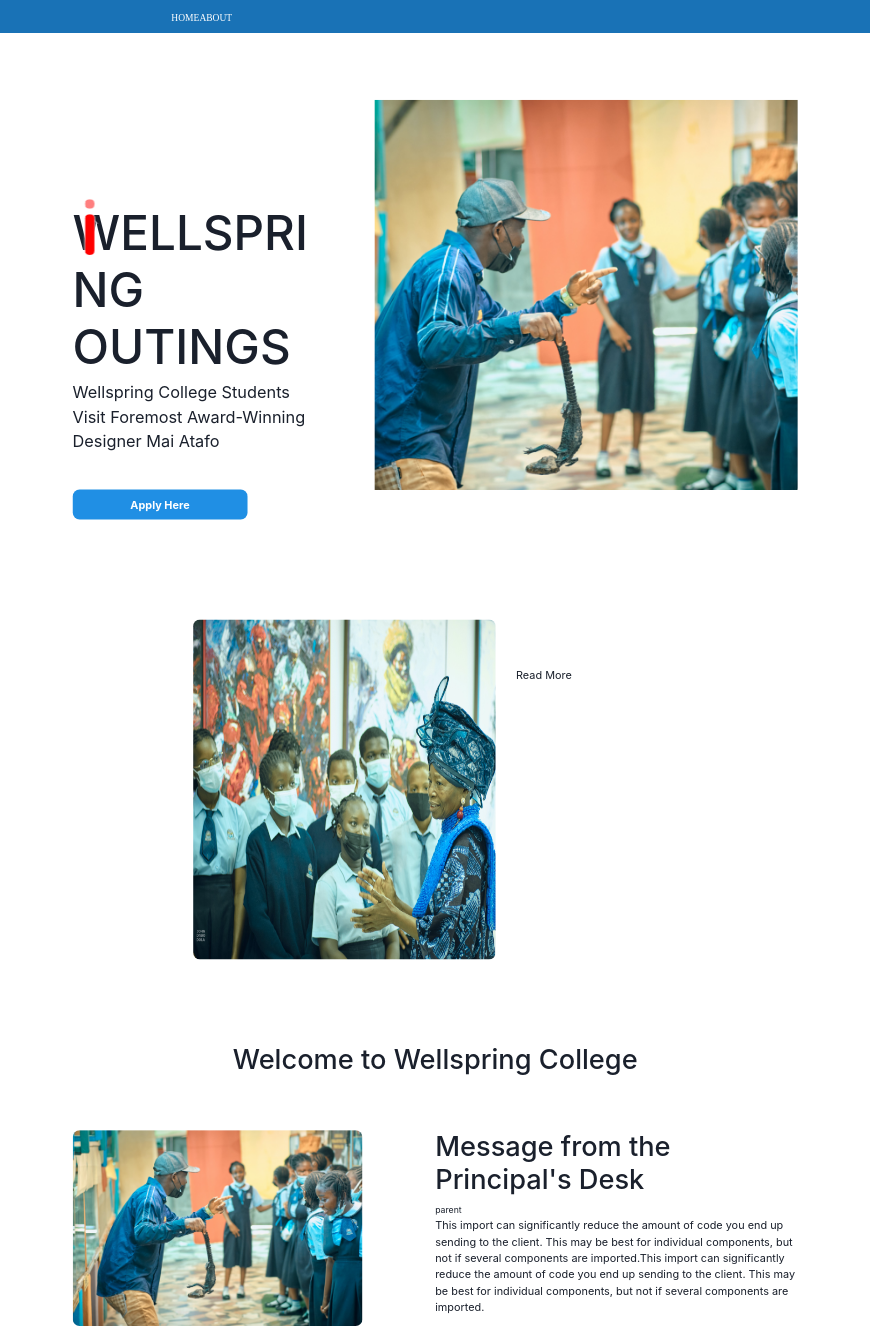
Repository: gr8skills/wellspring-school-forked
Page: /
An editor plug-in stored every save of this project. The page is shown before and after a run of saves, followed by the edit.
The browser window is 1280 px wide. The pictures show the whole page, at 68% of full size.
The project was rebuilt for these pictures with package versions that can differ from the ones it lists, and the page was loaded fresh each time. Also part of the build but not shown: src/components/Navbar/Dropdown.scss, src/components/Navbar/Dropdown.js, src/components/Calendar/Calendar.js.

Above is the page before, as saved 2022-12-02 00:05:01.

### src/index.css
body {
  /* margin: 0;
  font-family: -apple-system, BlinkMacSystemFont, 'Segoe UI', 'Roboto', 'Oxygen',
    'Ubuntu', 'Cantarell', 'Fira Sans', 'Droid Sans', 'Helvetica Neue',
    sans-serif;
  -webkit-font-smoothing: antialiased;
  -moz-osx-font-smoothing: grayscale; */
}

/* code {
  font-family: source-code-pro, Menlo, Monaco, Consolas, 'Courier New',
    monospace;
} */

### src/App.js
import logo from './logo.svg';
import './App.css';
import { BrowserRouter, Routes, Route, Link, Outlet } from "react-router-dom";
import "bootstrap/dist/css/bootstrap.min.css";

import NavBar from './components/Navbar/Navbar';
import { Home } from './pages/Home/Home';

function App() {
  return (


    <BrowserRouter>
      <NavBar />

      <Routes>
        <Route path="/" element={<Home />} />
        {/* <Route path="users" element={<Users />}>
          <Route path="me" element={<OwnUserProfile />} />
          <Route path=":id" element={<UserProfile />} />
        </Route> */}
      </Routes>
    </BrowserRouter>
  );
}

export default App;

### src/App.css
body{
}

.App {
  text-align: center;
    background-color:black;

}

.App-logo {
  height: 40vmin;
  pointer-events: none;
}

@media (prefers-reduced-motion: no-preference) {
  .App-logo {
    animation: App-logo-spin infinite 20s linear;
  }
}


@keyframes App-logo-spin {
  from {
    transform: rotate(0deg);
  }
  to {
    transform: rotate(360deg);
  }
}

### src/pages/Home/Home.js

import Carousel from "react-bootstrap/Carousel";
import Slider1 from "../../assets/slider1.png";
import Slider2 from "../../assets/slider2.png";
import { Sliders } from "../../components/Sliders/Sliders";
import { Button, ButtonGroup } from "@chakra-ui/react";

import "./_home.scss";
import { AppButton } from "../../components/AppButton/AppButton";
import { Calendar } from "../../components/Calendar/Calendar";
import { News } from "../../components/News/News";
export const Home =()=>{
    return (
      <>
        <div className="home-page-trans col-md-12 flexy">
          <div className="col-md-1">&nbsp;</div>
          <div className="col-md-10">
            {" "}
            <Carousel fade>
              <Carousel.Item>
                <div className="col-md-12 flexy">
                  <div className="col-md-4 slider-label">
                    <h1>Beyond the Classroom</h1>
                    <p>
                      Wellspring College Students Visit Foremost Award-Winning
                      Designer Mai Atafo
                    </p>
                  </div>
                  <div className="col-md-1">&nbsp;</div>
                  <div className="col-md-7">
                    <img
                      className="col-md-12 imgCaro"
                      src={Slider1}
                      alt="Scholar"
                    />
                  </div>
                </div>
              </Carousel.Item>

              <Carousel.Item>
                <div className="col-md-12 flexy">
                  <div className="col-md-4 slider-label">
                    <h1>WELLSPRING OUTINGS</h1>
                    <p>
                      Wellspring College Students Visit Foremost Award-Winning
                      Designer Mai Atafo
                    </p>
                  </div>
                  <div className="col-md-1">&nbsp;</div>

                  <div className="col-md-7">
                    <img
                      className="col-md-12 imgCaro"
                      src={Slider2}
                      alt="Scholar"
                    />
                  </div>
                </div>
              </Carousel.Item>
            </Carousel>
            <AppButton text="Apply Here" />
            {/* <Calendar month="Nov" day="10" year="2022" event="Open Day" time="10:00am-3:00pm"/> */}
            <News date="August 29th, 2022" message=""/>
          </div>
        </div>
        <div className="col-md-12 welcome-message-title">
          <Sliders
            header="Welcome to Wellspring College"
            message="This import can significantly reduce the amount of code you end up sending to the client. This may be best for individual components, but not if several components are imported.This import can significantly reduce the amount of code you end up sending to the client. This may be best for individual components, but not if several components are imported."
            sliderImg={Slider2}
            title="Message from the Principal's Desk"
            speaker="parent"
          />
        </div>
      </>
    );
}

### src/components/Navbar/MenuItems.js
export const navMenus = {
    about: [
        // {title: 'About ' + process.env.REACT_APP_SITE_NAME, path: '/about', cName: 'dropdown-link'},
        // {title: 'Administrator’s Message', path: '/about/administrators-message', cName: 'dropdown-link'},
        // {title: 'Proprietor’s Message', path: '/about/proprietors-message', cName: 'dropdown-link'},
        // {title: 'History of the School', path: '/about/history', cName: 'dropdown-link'},
        // {title: 'Contact Us', path: '/about/contact-us', cName: 'dropdown-link'},
    ]
}

export default navMenus;

### src/components/Navbar/NavBar.module.css


.navCont{
    position: relative;
    /* display: flex; */
    width:25%;
    /* justify-content: space-between; */
    /* margin: 0 auto; */
    /* max-height: 5rem; */
    padding-left:220px;

}

.nav-links{
    font-size:10px !important;
}


.imgCont{
    position: relative;
}

/* .imgContent{
    position: absolute;
    z-index: 1;
    height: 6vw;

} */

/* .btnPortal{
    background-color: #4CA14900;
    color: #fff;
    height: 2.5rem;
    width: 7rem;
    font-size: 18px;
    border-radius: 5px;
    position: relative;
    outline: 0;
    border: 0;
    transition: 1.5s scale linear;
} */

/* .btnPortal:focus{
    outline: 0;
    border: 0;
} */

/* .btnPortal:hover{
    transform: scale(1.02);
    background-color: #4CA149CF;
} */

/* .fIcon{
    width: 30px;
    height: 30px;
    padding: 5px 5px;
    transform: translate(-6px, -1px);
} */

/* @media screen and (max-width: 960px) {
    .navCont{
        position: relative;
        display: flex;
        width: 100%;
        justify-content: space-between;
        margin: 0 auto;
        max-height: 5rem;

    }

    .imgContent{
        position: absolute;
        z-index: 1;
        height: 16vw;

    }

}


 */

### src/components/Navbar/_navbar.scss
@import "../../variables";





.navContainer{
    background:$themecolor;
    min-height: 3rem;
    position: fixed;
    z-index: 1;
    right: 0;
    width: 100%;
    top: 0;
}


.nav-list{
    display: flex;
    max-width: 70%;
    width: 70%;
    justify-content: space-between;
    list-style: none;
    color: #fff;
    font-family: monserat;
    transform: translateY(54%);
    margin: 0 !important;
}

.nav-list li{
    line-height: 25px;
    text-align: center;
    margin: 0;
    font-size: 14px;

}

/* .nav-list li a{
    color: #fff;
} */


.nav-item {
    height: auto;
    justify-content: center;
    display: flex;
}

.menu-icon{
    display: none;
}




.nav-links {
    color: #fff;
    display: flex;
    align-items: center;
    text-decoration: none;
    height: 100%;
    transition: all 0.2s ease-out;

}

.nav-links:hover {
    background-color: #fff;
    text-decoration: none;
    // padding:5px;
    color:$themecolor;
}


@media screen and (max-width: 600px) {
    .ph{
        display: none;
    }

@media screen and (max-width: 960px) {
    .nav-list{
        display: none;
    }
}

    .menu-icon{
        display: block;
    }

    .nav-list{
        display: flex;
        flex-direction: column;
        position: absolute;
        height: 42rem;
        width: 100%;
        max-width: 100% !important;
        top: 48px;
        transform: translateY(4%);
        /* z-index: 999; */
        opacity: 1;
        right: -100%;
        transition: all .5s linear;
    background-color: #4CA149;

    }
.mainMenu li a{
    line-height:20px !important;

}
    .nav-list.active{
        transition: all 0.3s ease-out;
        visibility: visible;
        transition: all .5s linear;
        right: 0;
        /* z-index: 1; */
    }

    .nav-list.active li {
        font-size: 4vw;
        position: relative;
        margin: 30px 0;
    }


    .fa-times{
        position: relative;
        float: right;
        width: 100%;
    }

    .fa-times, .fa-bars{
        font-size: 40px;
        color: #feed00;
        transition: all 1.5ms linear;
        transform: translate(-29px, 17px);

    }
.nav-links{
    display:none;
}
}




@media screen and (min-width: 960px) {
    .wrapper{
        display:none;
    }
}



/*for sidenav*/




.ph:hover{
    background-color:rgb(255, 165, 0) !important;
    opacity:1 !important
}
.wrapper{
    position: absolute;
    top: 50%;
    left: 50%;
    transform: translate(-50%, -50%);

}
.mainMenu{
    width: 250px;
    display: block;
    border-radius: 10px;
    overflow: hidden;
}
.mainMenu a{
  font-size:20px !important;
  font-weight:bold !important;
      font-family: monserat;
      /* margin-bottom:-20px; */
}
.item{
    border-top: 1px solid orange;
    overflow: hidden;
margin: top 0;
line-height: 20px !important;
}
.btn{
    display: block;
    padding: 15px 20px;
    color: #fff;
    position: relative;
    padding-left:5px !important;
    /* text-align:left !important; */

}
.btn:before{
    content: '';
    position: absolute;
    width: 0;
    height: 0;
    border-left: 8px solid transparent;
    border-right:8px solid transparent;
    /* border-top:10px solid rgba(0,128,0,0.9); */
    right: 15px;
    bottom: -10px;
    z-index: 9;

}
.btn i {
    margin-right: 7px;
    margin-left: -5px;
    font-size: 13px;
}
.subMenu{
    /* background:#A3DA8D !important; */
      overflow: hidden;
        /* background:rgba(78,161,73, 0.1)!important; */
        background:rgba(178,161,173, 0.1)!important;

    transition: max-height 0.7s;
max-height: 0;
z-index:300000000 !important;
position:relative !important;

}
.subMenu a{
    display: block;
    /* padding: 5px 10px !important; */
    color: #fff !important;
    font-size: 14px !important;
    border-bottom: 1px solid #394c7f;
    position: relative;
    margin-top:5px !important;


}
.subMenu a:before{
    content: '';
    opacity: 0;
    transition: opacity 0.3s;

}
.subMenu a:hover:before{
    content: '';
    position: absolute;
    height: 0;
    width: 6px;
    left: 0;
    top:0;
    opacity: 1;
    /* background-color: #d8d824; */
    border-top: 24px solid transparent;
    border-left: 11px solid #ffffff;
    border-bottom: 24px solid transparent;
}
.subMenu a:after{
    content: '';
    opacity: 0;
    transition: opacity 0.3s;

}
.subMenu a:hover:after{
    content: '';
    position: absolute;
    height: 0;
    width: 6px;
    right: 0px;
    top:0;
    opacity: 1;
    /* background-color: #d8d824; */
    border-top: 24px solid transparent;
    border-right: 11px solid #ffffff;
    border-bottom: 24px solid transparent;
}
.subMenu a:hover{
   background-color:orange;
    transition: all 0.3s;
    border-bottom: 2px solid #394c7f;
}
.subMenu a:last-child{
    border:none;
}
.item:target .subMenu{
    max-height: 300px;
        /* transition: max-height 0.7s !important; */

}

.login{
  background-color:#ED2f59;
  padding:5px 14px 5px 14px !important;
  border-radius:5px;
margin-right:55px;
margin-left:30px;
font-family: 'Poppins', sans-serif;

  }



.portal{
  background-color:rgb(221, 156, 35);
  /* padding:7px; */
  width:120px;
  margin-left:50px;
  border-radius:5px;
 padding:7px !important;
 font-size:5px !important;
 color:white !important;
    /* padding-bottom:6px !important; */
  margin-top:20px !important;
   font-size:11px !important;
      text-decoration: none;

  }

  .portal a{

  }

### src/components/Sliders/Sliders.js
import './_sliders.scss'

export const Sliders=(props)=>{
    return (
      <>
        <div className="col-md-12 slider-header">
          <h1>{props.header}</h1>
        </div>
        <div className="col-md-12 flexy slider-container">
          <div className="col-md-1">&nbsp;</div>
          <div className="col-md-4">
            <img
              className="col-md-12 imgCaro"
              src={props.sliderImg}
              alt="Scholar"
            />
          </div>
          <div className="col-md-1">&nbsp;</div>
          <div className="col-md-5">
            <h1>{props.title}</h1>
            <small>{props.speaker}</small>
            <p>{props.message}</p>
          </div>
        </div>
      </>
    );
}

### src/pages/Home/_home.scss
@import "../../variables";
@import "../../shared-styles";



.home-page-trans{
    img{
            margin-top:147px;
            height:100% !important;

    }
    .slider-label{
        margin-top:300px;
        h1{
                    font-size:70px;

        }
        p{
            font-size:24px;
        }
    }
    .carousel {
    position: relative;
    z-index: 0;

}
.carousel-inner {
    position: relative;
    width: 100%;
    overflow: hidden;
    height: 100vh;
}

.imgCaro{
    width: 100%;
    height: 100%;
    object-fit: cover;
}

.carousel-indicators > button.active {
    opacity: 1;
    max-width: 14px !important;
    max-height:60px  !important;
    min-width: 14px !important;
    min-height:60px  !important;
    background-color: red !important;
    border-color: #fff !important;
    outline: none;
    border: none;
    border-radius: 7px !important;

}

.carousel-indicators button{
    max-width: 14px !important;
    max-height: 14px !important;
    min-width: 14px !important;
    min-height: 14px !important;
    margin: 3px 5px !important;
    border-radius: 7px !important;
    background-color: red!important;
    border: 1px solid #fff !important;
    transition: all .5s linear ;

}

.carousel-indicators button:focus{
        outline:0;
        border-color: #4287BD;
}
.carousel-indicators  {
    position: absolute;
    right: 0;
    bottom: 10px;
    left: 0;
    z-index: 15;
    display: flex;
    flex-direction: column;
    height: 100%;
    justify-content: center;
    padding-left: 0;
    margin-right: 0;
    margin-left: 1vw;
    list-style: none;
    outline: none;
    border: none;
}

.carousel-control-next {
    left: 1vw;
    transform: rotate(-91deg);
    position: absolute;
    margin-top: 15% !important;
    justify-content: right !important;
    height: 10px;
    width: 18px !important;
    font-size: 50px;

}
.carousel-control-prev {
    left: 1.5vw;
    transform: rotate(91deg) !important;
    position: absolute;
    margin-top: 30% !important;
    justify-content: right !important;
    height: 10px;
    font-size: 50px;
    width: 20px !important;
}
// .carousel-control-prev::after{
//     content: url('../../assets/DownArrows.svg');
//     background-color: red;
//     font-size: 54px;
//     z-index: 100;
//     right: 0;
//     width: 20px;
//     height: 80px;
// }
// .carousel-control-next::after{
//     content: url('../../assets/DownArrows.svg');
//     background-color: red !important;
//     font-size: 54px;
//     z-index: 1000000000000000000000000000;
//     position:relative;
//     right: 0;
//     width: 20px;
//     height: 80px;
// }
}

### src/components/AppButton/AppButton.js
import { Button, ButtonGroup } from "@chakra-ui/react";
import "./_app-button.scss";
export const AppButton =(props)=>{
    return (
      <button className="app-button">
        {props.text}
      </button>
    );
}

### src/components/News/News.js
import "./_news.scss";
import Slider1 from "../../assets/slider1.png";
import { Link, NavLink } from "react-router-dom";

export const News=(props)=>{
return (
  <>
    <div className="row">
      <div className="col-md-12 flexy news-container">
        <div className="col-md-2">&nbsp;</div>
        <div className="col-md-10 flexy">
          <div className="col-md-6 news-img">
            {" "}
            <img className="col-md-12" src={Slider1} alt="Scholar" />
          </div>
          <div className="col-md-6 news-description">
            <h6>{props.title}</h6>
            <p>
              <strong>
              {props.message}
              </strong>
            </p>
            <Link to="#">Read More</Link>
          </div>
        </div>
      </div>
    </div>
  </>
);
}

### src/_variables.scss
$themecolor:#1972B6;
$themecolor2:rgb(32,143,228);

### src/components/Sliders/_sliders.scss
@import "../../variables";
@import "../../shared-styles";


.slider-header{
    text-align: center;
    margin-top:70px;
    margin-bottom:80px;
    font-size:50px;
}
.slider-container{
    img{
         position: relative;
    width: 100%;
    overflow: hidden;
    height: 40vh;
    border-radius:10px;;
            object-fit: cover;

    }
}

### src/_shared-styles.scss
@media screen and (max-width:620px){
    .flexyM{
        display:flex;
    }
}@media screen and (min-width:620px){
    .flexy{
        display:flex;
    }
}

### src/components/AppButton/_app-button.scss
@import "../../shared-styles";
@import "./overides";
@import "../../variables";

.app-button{
    background-color:$themecolor2;
    color:white;
    padding:10px 85px;
    font-weight:bold;
    border-radius:10px;
}

### src/components/Calendar/_calendar.scss
@import "../../shared-styles";
@import "../../variables";



.calendar-container{
    .calendar-box{
background-color:$themecolor2;
height:100px;
width:110px;
border-radius: 10px;
color:#fff;
    text-align: center;
    padding:10px 0;

    }
    p{
        color:grey;
    }
    .calendar-day{
        font-size:35px;
    }
    .calendar-description{
        font-size:25px;
    }
}

### src/components/News/_news.scss
@import "../../shared-styles";
@import "../../variables";
.news-container{
    .news-img{
                margin-bottom:200px;

    }
    img{
        width:100%;
        border-radius: 10px;


    }
    .news-description{
        margin-top:200px;
        margin-left:30px;
    }
}

### src/components/AppButton/_overides.scss
@import "../../variables";



.css-jut409{
    background-color:$themecolor;
    padding:140px !important;
}

Loaded but not shown: public/index.html (common file); src/index.js (common file); src/reportWebVitals.js (common file); src/components/Navbar/Navbar.js (300 lines, source omitted)

After the next 4 saves:
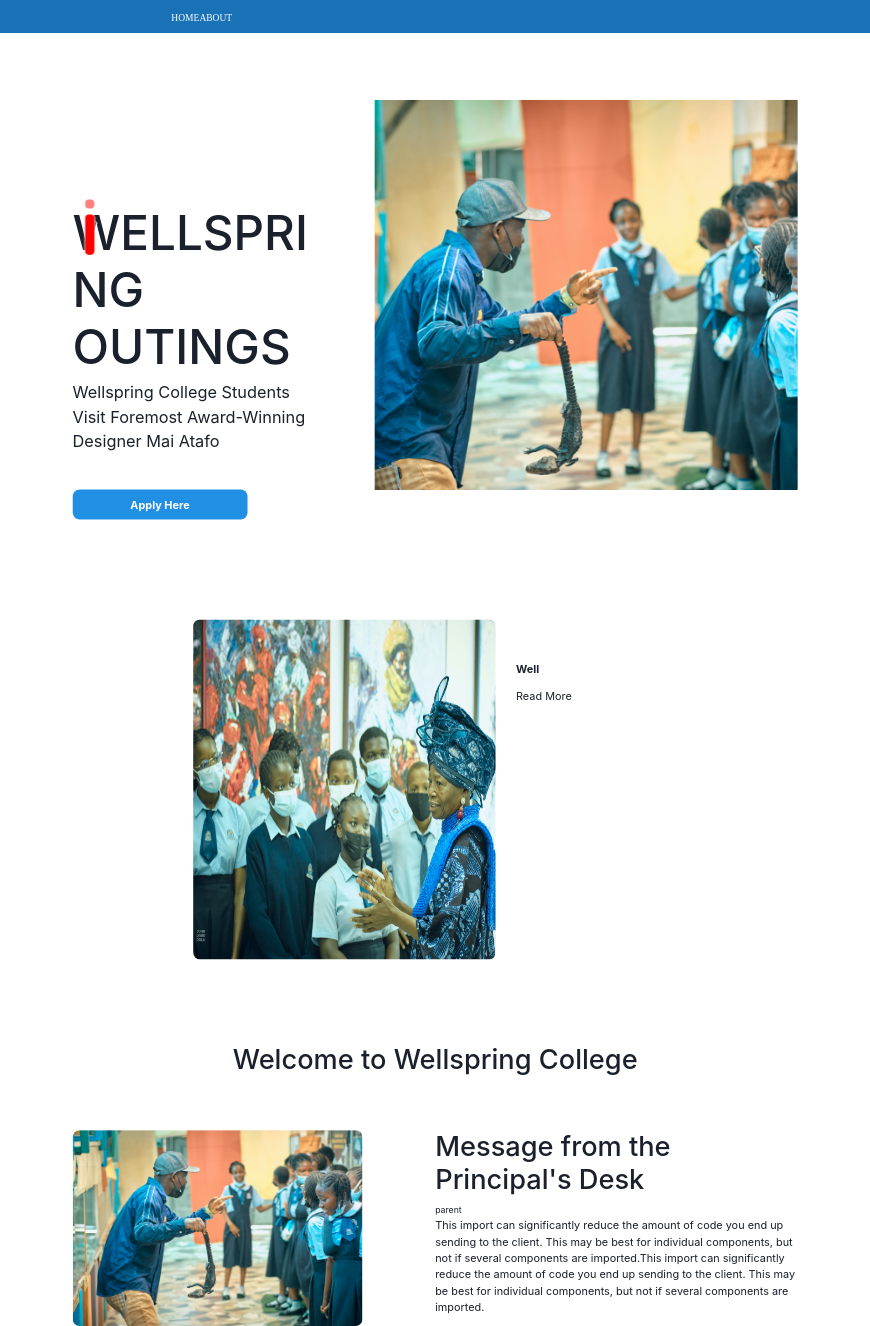
The 4 saves are shown as one change because they came seconds apart.
The last was saved 12 s later.
--- a/src/pages/Home/Home.js
+++ b/src/pages/Home/Home.js
@@ -60,7 +60,7 @@
             </Carousel>
             <AppButton text="Apply Here" />
             {/* <Calendar month="Nov" day="10" year="2022" event="Open Day" time="10:00am-3:00pm"/> */}
-            <News date="August 29th, 2022" message=""/>
+            <News date="August 29th, 2022" message="Well"/>
           </div>
         </div>
         <div className="col-md-12 welcome-message-title">
